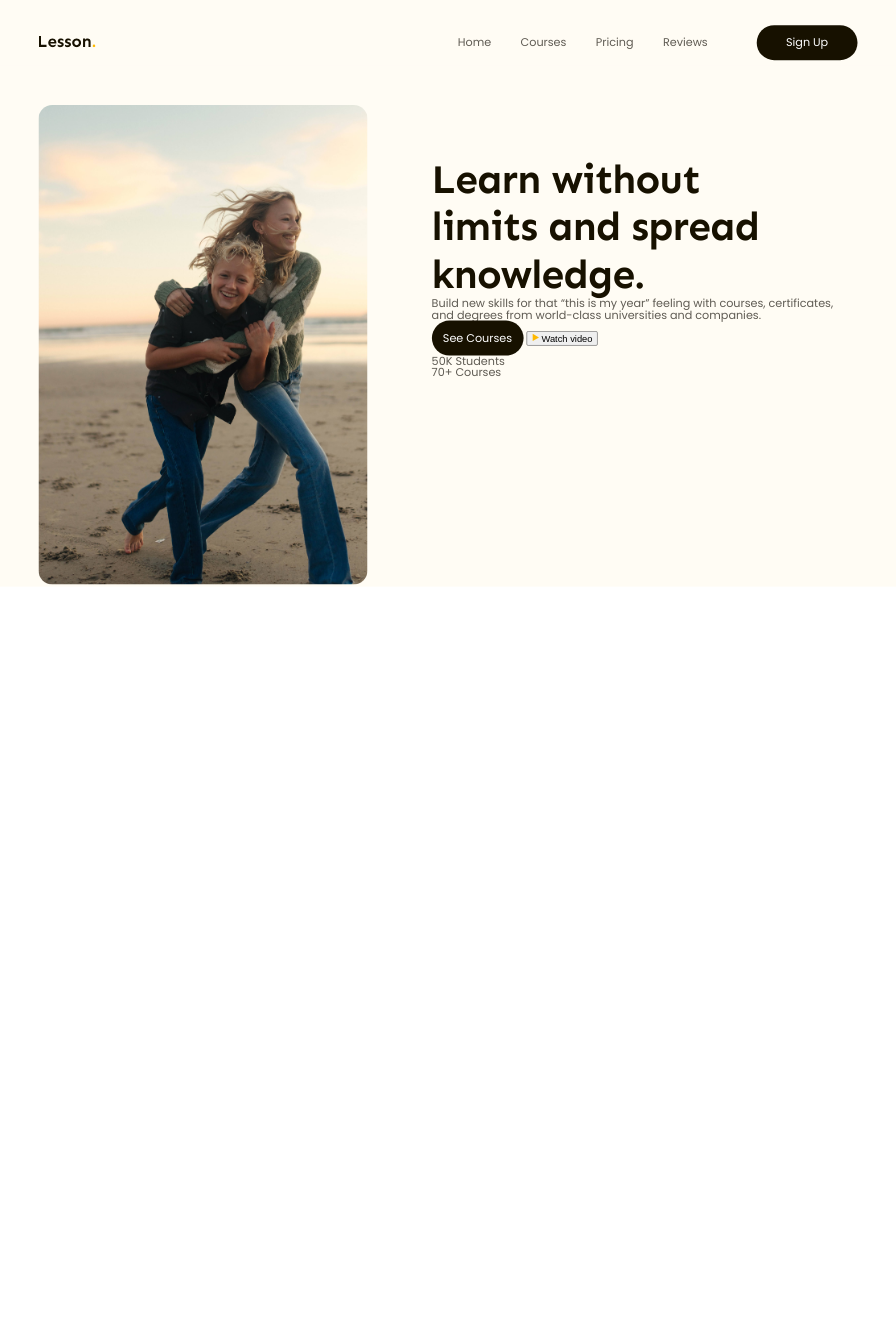
Repository: tinhtranjp/htmlcss-01
Page: index.html
The author's editor kept a copy of each file at every save. The page is drawn from the files as they stood at one save, then again after the next save.
The browser window is 1280 px wide. The pictures show the part of the page from y = 0 to 1920 px (the page is 5000 px tall), at 70% of full size.

Above is the page before, as saved 2023-01-20 05:16:58.

After the next save:
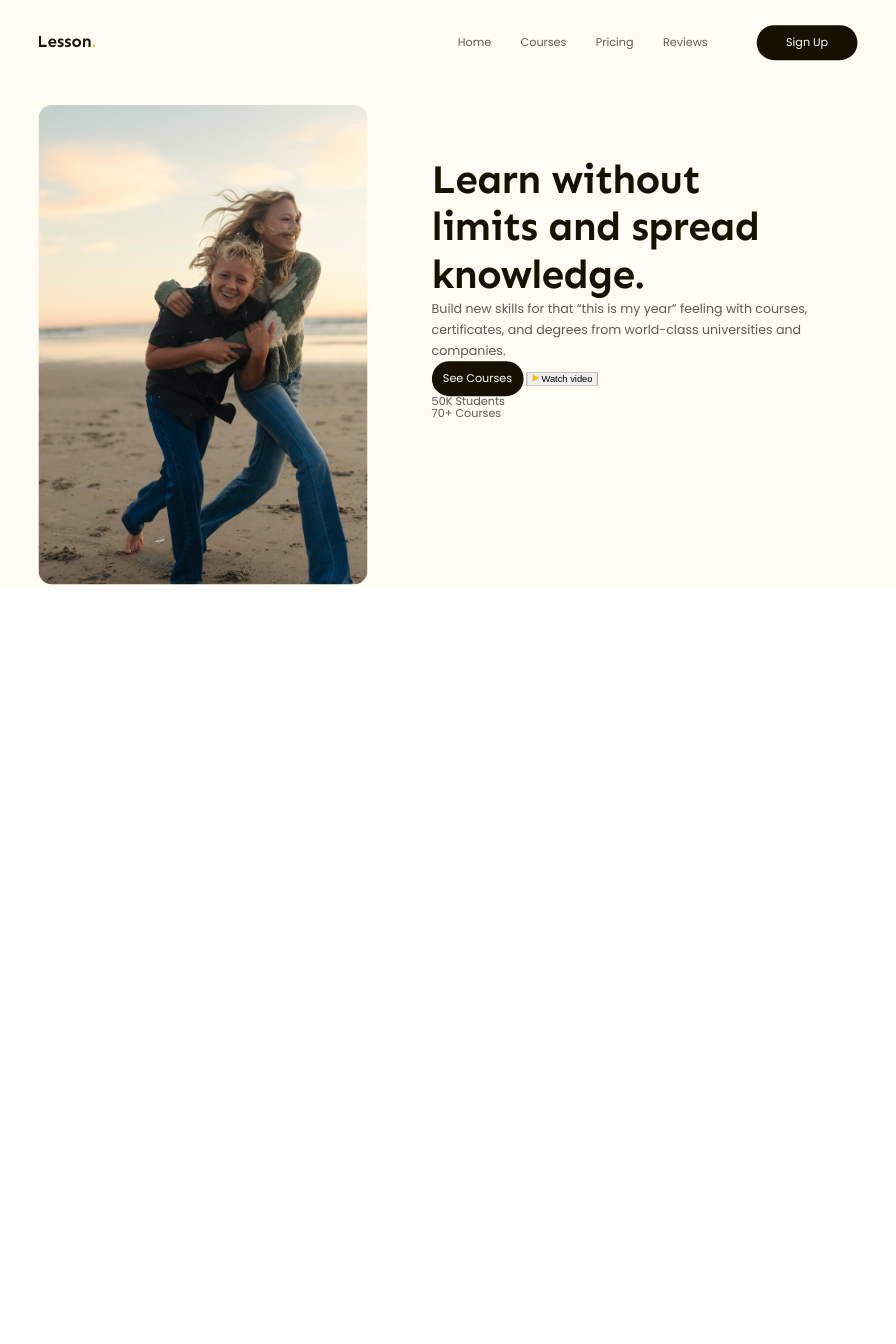
Saved 72 s later.
--- a/assets/css/styles.css
+++ b/assets/css/styles.css
@@ -100,3 +100,12 @@
   color: #171100;
   width: 470px;
 }
+
+.hero .info p:first-of-type {
+  font-weight: 400;
+  font-size: 18px;
+  line-height: 30px;
+  /* or 167% */
+
+  color: #5f5b53;
+}
